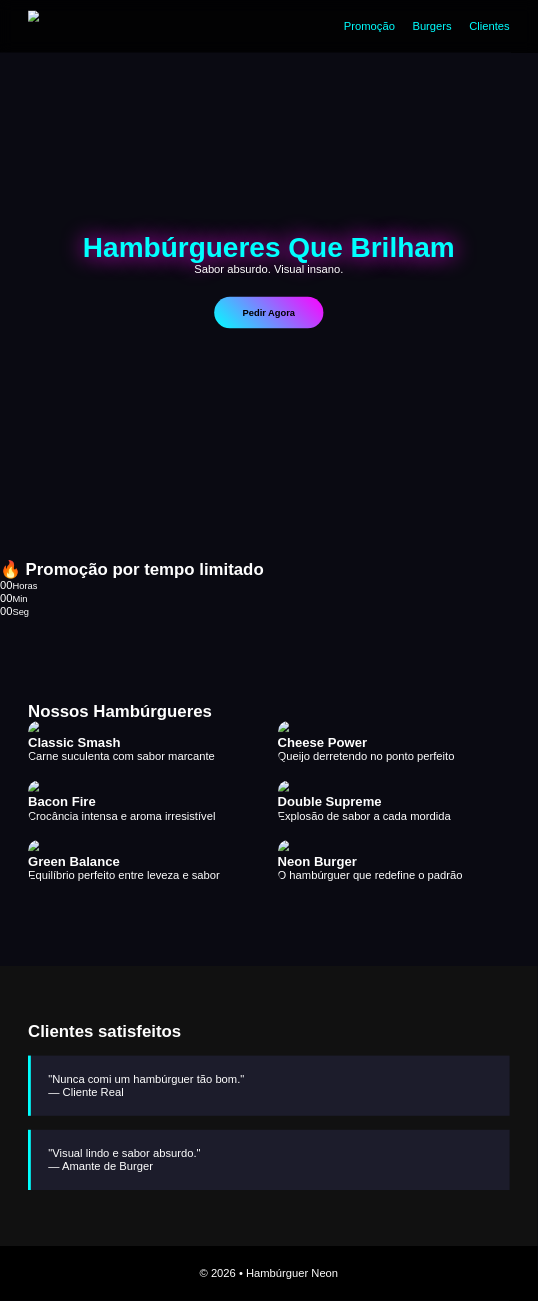
Repository: Sandro1969-tech/burgerstation
Page: index.html
An editor plug-in stored every save of this project. The page is shown before and after a run of saves, followed by the edit.
The browser window is 768 px wide. The pictures show the part of the page from y = 0 to 2240 px (the page is 1858 px tall before and 2857 px after), at 70% of full size.

Above is the page before, as saved 2026-02-09 18:25:13.
Not found: assets/burger1.jpg
Not found: assets/burger2.jpg
Not found: assets/burger3.jpg

### index.html
<!DOCTYPE html>
<html lang="pt-BR">
<head>
  <meta charset="UTF-8">
  <title>Hambúrguer Neon</title>
  <meta name="viewport" content="width=device-width, initial-scale=1.0">
  <link rel="icon" href="assets/icon.png">
  <link rel="stylesheet" href="style.css">
</head>
<body>

<header>
  <nav class="navbar">
    <img src="assets/logo.png" class="logo">
    <ul class="menu">
      <li><a href="#promo">Promoção</a></li>
      <li><a href="#galeria">Burgers</a></li>
      <li><a href="#depoimentos">Clientes</a></li>
    </ul>
  </nav>
</header>

<section class="hero">
  <h1 class="neon">Hambúrgueres Que Brilham</h1>
  <p>Sabor absurdo. Visual insano.</p>
  <button class="btn">Pedir Agora</button>
</section>

<!-- PROMOÇÃO -->
<section id="promo" class="promo">
  <h2>🔥 Promoção por tempo limitado</h2>
  <div class="timer">
    <div><span id="hours">00</span><small>Horas</small></div>
    <div><span id="minutes">00</span><small>Min</small></div>
    <div><span id="seconds">00</span><small>Seg</small></div>
  </div>
</section>

<section id="galeria" class="galeria">
  <h2>Nossos Hambúrgueres</h2>

  <div class="grid">

    <div class="item">
      <img src="assets/burger1.jpg">
      <h3>Classic Smash</h3>
      <p>Carne suculenta com sabor marcante</p>
    </div>

    <div class="item">
      <img src="assets/burger2.jpg">
      <h3>Cheese Power</h3>
      <p>Queijo derretendo no ponto perfeito</p>
    </div>

    <div class="item">
      <img src="assets/burger3.jpg">
      <h3>Bacon Fire</h3>
      <p>Crocância intensa e aroma irresistível</p>
    </div>

    <div class="item">
      <img src="assets/burger4.jpg">
      <h3>Double Supreme</h3>
      <p>Explosão de sabor a cada mordida</p>
    </div>

    <div class="item">
      <img src="assets/burger5.jpg">
      <h3>Green Balance</h3>
      <p>Equilíbrio perfeito entre leveza e sabor</p>
    </div>

    <div class="item">
      <img src="assets/burger6.jpg">
      <h3>Neon Burger</h3>
      <p>O hambúrguer que redefine o padrão</p>
    </div>

  </div>
</section>

<section id="depoimentos" class="depoimentos">
  <h2>Clientes satisfeitos</h2>

  <div class="card">
    <p>"Nunca comi um hambúrguer tão bom."</p>
    <span>— Cliente Real</span>
  </div>

  <div class="card">
    <p>"Visual lindo e sabor absurdo."</p>
    <span>— Amante de Burger</span>
  </div>
</section>

<footer>
  <p>© 2026 • Hambúrguer Neon</p>
</footer>

<script src="script.js"></script>
</body>
</html>

### style.css
* {
  margin: 0;
  padding: 0;
  box-sizing: border-box;
  font-family: Arial, Helvetica, sans-serif;
}

body {
  background: #0a0a12;
  color: #fff;
}

header {
  position: fixed;
  width: 100%;
  background: rgba(0,0,0,0.8);
  backdrop-filter: blur(10px);
  z-index: 100;
}

.navbar {
  display: flex;
  justify-content: space-between;
  align-items: center;
  padding: 15px 40px;
}

.logo {
  height: 45px;
}

.menu {
  list-style: none;
  display: flex;
  gap: 25px;
}

.menu a {
  color: #0ff;
  text-decoration: none;
  transition: 0.3s;
}

.menu a:hover {
  color: #ff00ff;
}

.hero {
  height: 100vh;
  display: flex;
  flex-direction: column;
  justify-content: center;
  align-items: center;
  text-align: center;
}

.neon {
  font-size: 3.5rem;
  color: #0ff;
  text-shadow: 0 0 10px #0ff, 0 0 25px #f0f;
  animation: pulse 2s infinite;
}

@keyframes pulse {
  0% { text-shadow: 0 0 10px #0ff; }
  50% { text-shadow: 0 0 30px #ff00ff; }
  100% { text-shadow: 0 0 10px #0ff; }
}

.btn {
  margin-top: 30px;
  padding: 15px 40px;
  border-radius: 40px;
  border: none;
  cursor: pointer;
  background: linear-gradient(45deg, #0ff, #ff00ff);
  font-weight: bold;
  transition: 0.3s;
}

.btn:hover {
  transform: translateY(-6px) scale(1.05);
}

.galeria {
  padding: 120px 40px;
}

.grid {
  display: grid;
  grid-template-columns: repeat(3, 1fr);
  gap: 25px;
}

.item {
  position: relative;
  overflow: hidden;
  border-radius: 15px;
}

.item img {
  width: 100%;
  transition: 0.4s;
}

.item span {
  position: absolute;
  bottom: 0;
  width: 100%;
  padding: 15px;
  background: rgba(0,0,0,0.7);
  text-align: center;
  transform: translateY(100%);
  transition: 0.4s;
}

.item:hover img {
  transform: scale(1.1);
}

.item:hover span {
  transform: translateY(0);
}

.depoimentos {
  background: #111;
  padding: 80px 40px;
}

.card {
  background: #1c1c2b;
  padding: 25px;
  margin-top: 20px;
  border-left: 4px solid #0ff;
}

footer {
  background: #000;
  padding: 30px;
  text-align: center;
}

/* Tablet */
@media (max-width: 900px) {
  .grid {
    grid-template-columns: repeat(2, 1fr);
  }

  .neon {
    font-size: 2.5rem;
  }
}

After the next 2 saves:
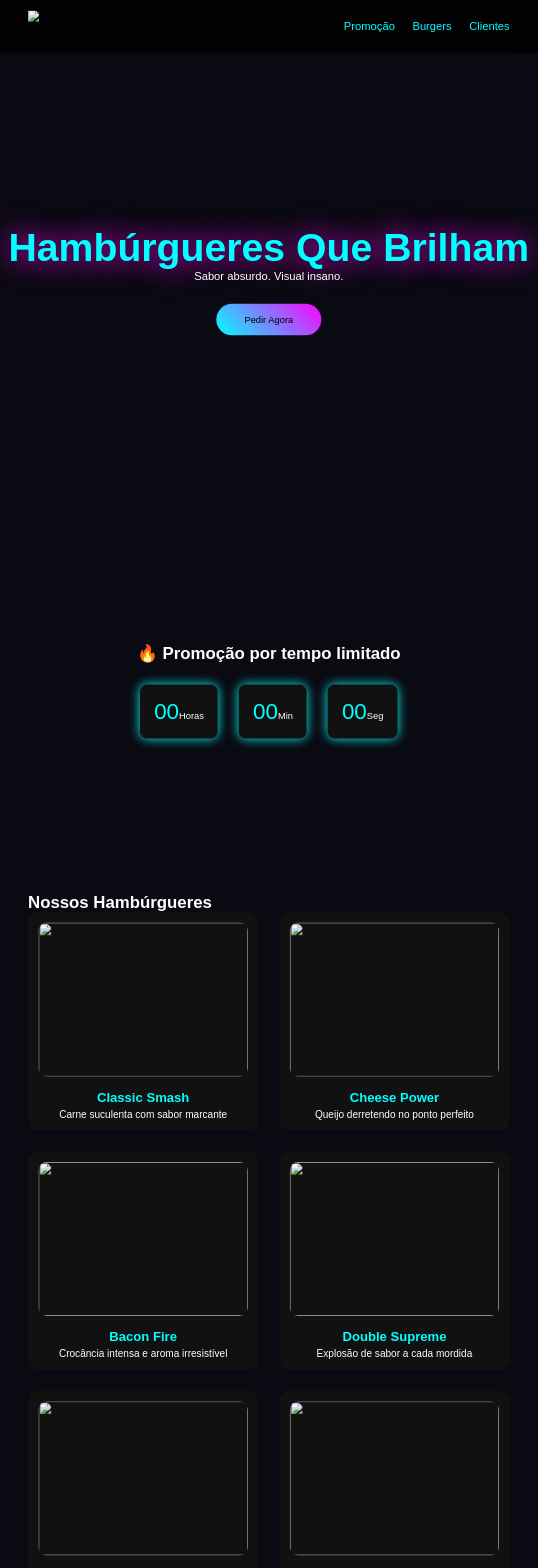
The 2 saves are shown as one change because they came seconds apart.
The last was saved 82 s later.
--- a/style.css
+++ b/style.css
@@ -38,11 +38,6 @@ header {
 .menu a {
   color: #0ff;
   text-decoration: none;
-  transition: 0.3s;
-}
-
-.menu a:hover {
-  color: #ff00ff;
 }
 
 .hero {
@@ -51,86 +46,94 @@ header {
   flex-direction: column;
   justify-content: center;
   align-items: center;
-  text-align: center;
 }
 
 .neon {
   font-size: 3.5rem;
   color: #0ff;
-  text-shadow: 0 0 10px #0ff, 0 0 25px #f0f;
+  text-shadow: 0 0 10px #0ff, 0 0 30px #f0f;
   animation: pulse 2s infinite;
 }
 
 @keyframes pulse {
-  0% { text-shadow: 0 0 10px #0ff; }
-  50% { text-shadow: 0 0 30px #ff00ff; }
-  100% { text-shadow: 0 0 10px #0ff; }
+  50% { text-shadow: 0 0 40px #ff00ff; }
 }
 
 .btn {
   margin-top: 30px;
   padding: 15px 40px;
-  border-radius: 40px;
+  border-radius: 30px;
   border: none;
   cursor: pointer;
   background: linear-gradient(45deg, #0ff, #ff00ff);
-  font-weight: bold;
-  transition: 0.3s;
 }
 
-.btn:hover {
-  transform: translateY(-6px) scale(1.05);
+.promo {
+  padding: 120px 40px;
+  text-align: center;
+}
+
+.timer {
+  display: flex;
+  justify-content: center;
+  gap: 30px;
+  margin-top: 30px;
+}
+
+.timer div {
+  background: #111;
+  padding: 20px;
+  border-radius: 10px;
+  box-shadow: 0 0 15px #0ff;
+}
+
+.timer span {
+  font-size: 2rem;
+  color: #0ff;
 }
 
 .galeria {
-  padding: 120px 40px;
+  padding: 100px 40px;
 }
 
 .grid {
   display: grid;
   grid-template-columns: repeat(3, 1fr);
-  gap: 25px;
+  gap: 30px;
 }
 
 .item {
-  position: relative;
-  overflow: hidden;
+  background: #111;
+  padding: 15px;
   border-radius: 15px;
+  text-align: center;
 }
 
 .item img {
   width: 100%;
-  transition: 0.4s;
+  height: 220px;
+  object-fit: cover;
+  border-radius: 12px;
 }
 
-.item span {
-  position: absolute;
-  bottom: 0;
-  width: 100%;
-  padding: 15px;
-  background: rgba(0,0,0,0.7);
-  text-align: center;
-  transform: translateY(100%);
-  transition: 0.4s;
+.item h3 {
+  margin-top: 15px;
+  color: #0ff;
 }
 
-.item:hover img {
-  transform: scale(1.1);
-}
-
-.item:hover span {
-  transform: translateY(0);
+.item p {
+  font-size: 0.9rem;
+  margin-top: 5px;
 }
 
 .depoimentos {
+  padding: 80px 40px;
   background: #111;
-  padding: 80px 40px;
 }
 
 .card {
-  background: #1c1c2b;
-  padding: 25px;
   margin-top: 20px;
+  padding: 20px;
   border-left: 4px solid #0ff;
 }
 
@@ -145,8 +148,4 @@ footer {
   .grid {
     grid-template-columns: repeat(2, 1fr);
   }
-
-  .neon {
-    font-size: 2.5rem;
-  }
 }
